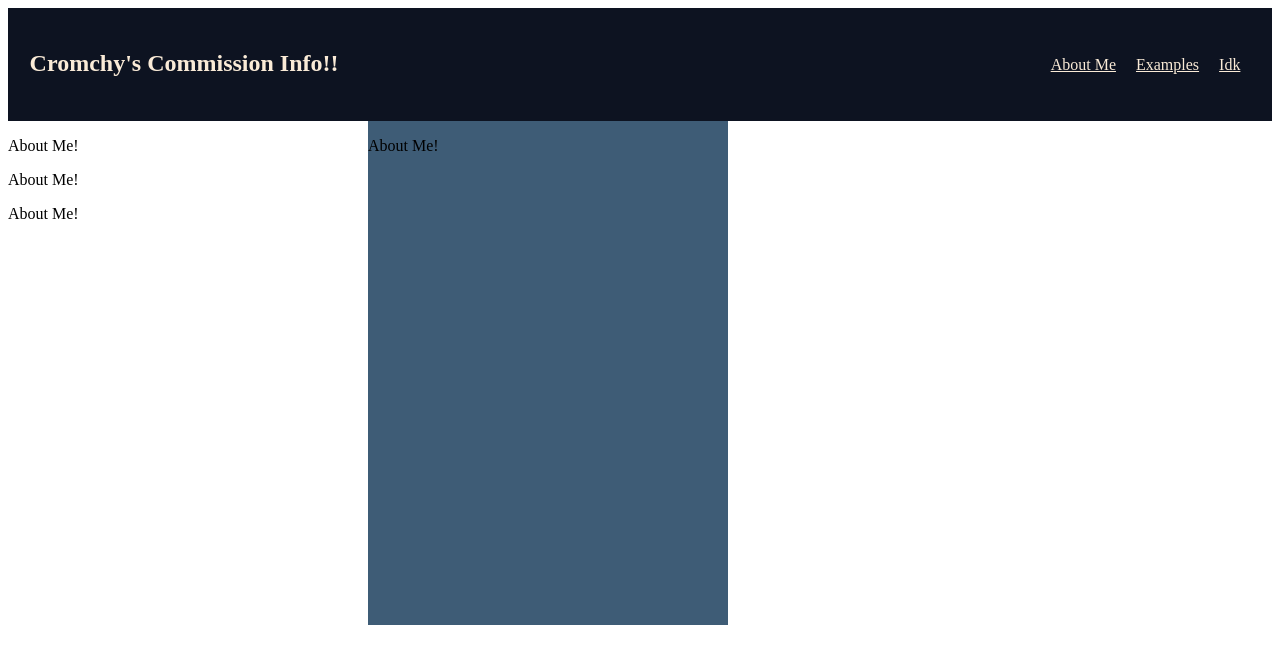
Repository: crackaLack1n/Cromchys_Commission_Site
Page: /
These files come from the project's save history. The page is drawn as it stood at one moment and after the next save; the edit follows.
The browser window is 1280 px wide. The pictures show the whole page.
The project was rebuilt for these pictures with package versions that can differ from the ones it lists, and the page was loaded fresh each time. The framework's server and built-in components were replaced by stand-ins that run in the browser. Also part of the build but not shown: next.config.mjs.

Above is the page before, as saved 2024-06-11 12:14:55.

### pages/index.js
import Head from "next/head";
import Header from "@/Components/Header";
import Image from "next/image";
import styles from "@/styles/Home.module.css";


export default function Home() {
  return (
    <>
      <Head>
        <title>Create Next App</title>
        <meta name="description" content="Generated by create next app" />
        <meta name="viewport" content="width=device-width, initial-scale=1" />
        <link rel="icon" href="/favicon.ico" />
      </Head>

      <Header/>
      <main className={`${styles.main}`}>
        <div className={styles.container}>
          <div className={styles.contentLeft}>
            <p>About Me!</p>
            <p>About Me!</p>
            <p>About Me!</p>
          </div>
          <div className={styles.contentRight}>
          <p>About Me!</p>
          </div>
        </div>
      </main>
    </>
  );
}

### Components/Header/index.js
import Link from "next/link"
import style from './header.module.css';
export default function Header() {
  return (
    <>
      <div className={style.main}>
        <h2>Cromchy's Commission Info!!</h2>
        <nav className={style.nav}>
          <ul className={style.buttons}>
            <li><Link href={`/`}>About Me</Link></li>
            <li><Link href={`/Examples`}>Examples</Link></li>
            <li><Link href={`/Idk`}>Idk</Link></li>
          </ul>
        </nav>
      </div>
    </>
  )
}

### styles/Home.module.css
.main {
  display: flex;
  min-height: 20vh;
}

.container {
 display: grid;
 grid-template-columns:  1fr 1fr 1fr;
 height: 70vh;
}

.contentLeft {
  width: 50vh;
}

.contentRight {
  background-color: #3E5C76;
  width: 100%;
}

/* Mobile */
@media (max-width: 700px) {
  .content {
    padding: 4rem;
  }

  .grid {
    grid-template-columns: 1fr;
    margin-bottom: 120px;
    max-width: 320px;
    text-align: center;
  }

}

/* Tablet and Smaller Desktop */
@media (min-width: 701px) and (max-width: 1120px) {
  .grid {
    grid-template-columns: repeat(2, 50%);
  }
}

### Components/Header/header.module.css
.main {
  display: flex;
  justify-content: space-between;
  padding: 3vh;
  background-color: #0D1321;
  color: antiquewhite;
}


.nav {
justify-content: end;

}

.buttons {
  display: flex;

}

.buttons li {
  padding: 10px;
  list-style-type: none;
  color: antiquewhite;
}

.buttons a {
  color: antiquewhite;
}

Loaded but not shown: pages/_app.js (common file); pages/_document.js (common file); styles/globals.css (common file)

After the next save:
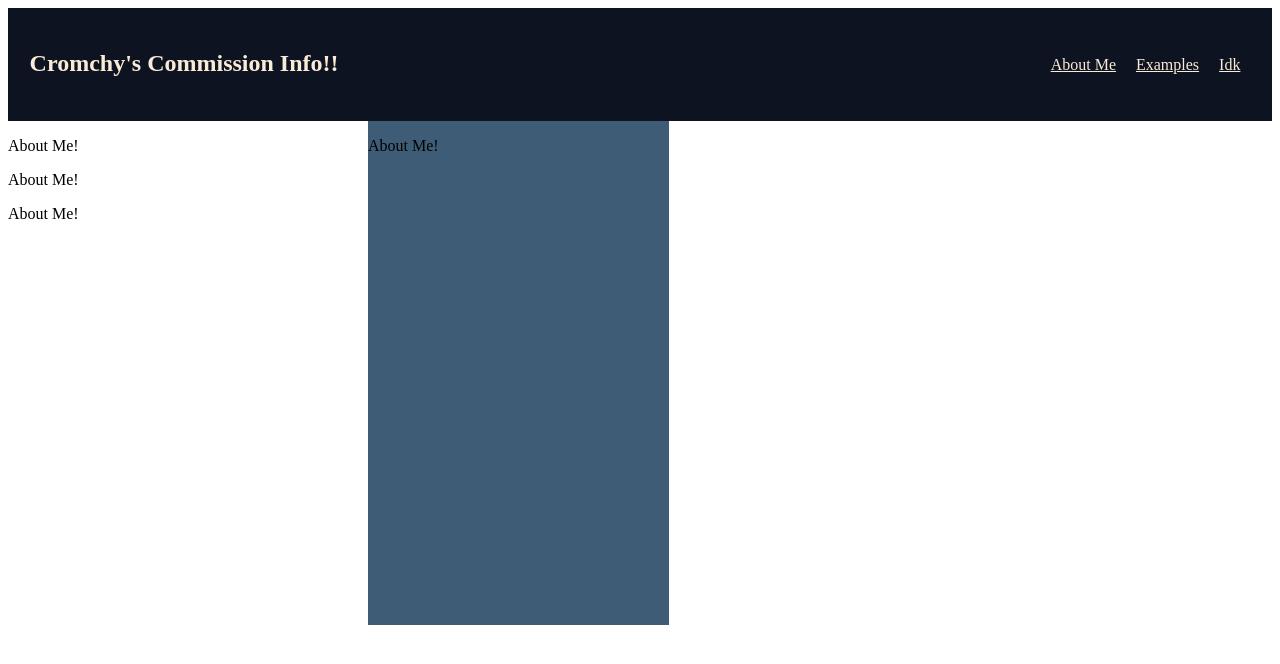
Saved 5 s later.
--- a/styles/Home.module.css
+++ b/styles/Home.module.css
@@ -5,7 +5,7 @@
 
 .container {
  display: grid;
- grid-template-columns:  1fr 1fr 1fr;
+ grid-template-columns:  1fr 1fr 2fr;
  height: 70vh;
 }
 

After the save that followed:
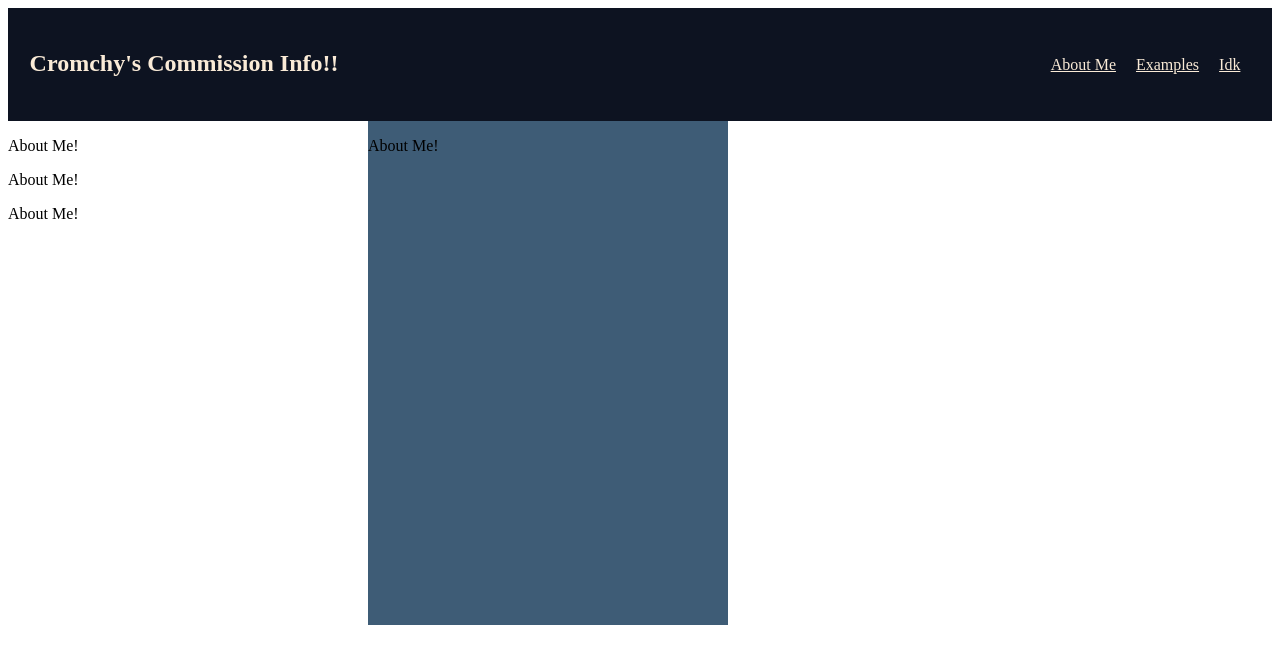
Saved 5 s later.
--- a/styles/Home.module.css
+++ b/styles/Home.module.css
@@ -5,7 +5,7 @@
 
 .container {
  display: grid;
- grid-template-columns:  1fr 1fr 2fr;
+ grid-template-columns:  1fr 1fr;
  height: 70vh;
 }
 
